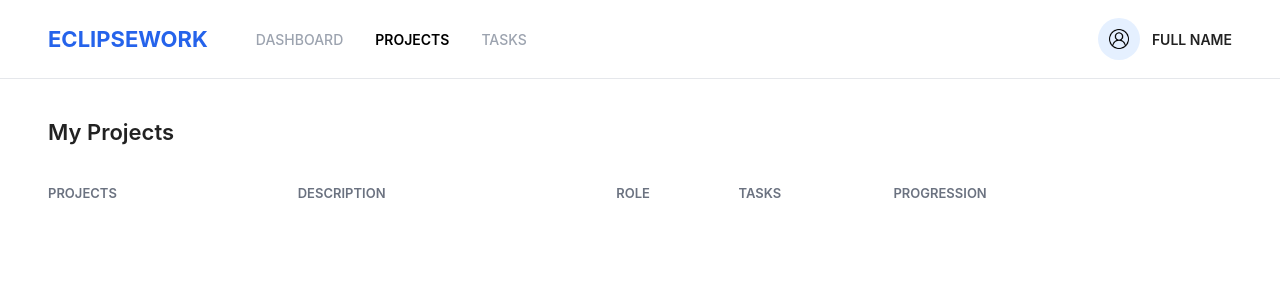
Repository: lynaannou/work-management-app
Page: src/main/resources/ressources/view/projects.html
These files come from the project's save history. The page is drawn as it stood at one moment and after the next save; the edit follows.
The browser window is 1280 px wide. The pictures show the whole page.

Above is the page before, as saved 2025-12-24 21:01:35.

After the next save:
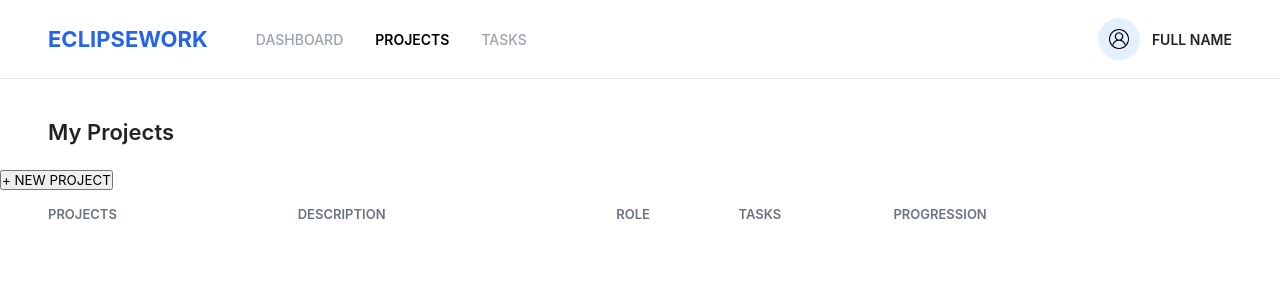
Saved 72 min 21 s later.
--- a/src/main/resources/ressources/view/projects.html
+++ b/src/main/resources/ressources/view/projects.html
@@ -33,6 +33,9 @@
      PAGE TITLE
 ========================= -->
 <h2>My Projects</h2>
+<button class="btn-primary" onclick="openNewProject()">
+    + NEW PROJECT
+  </button>
 
 <!-- =========================
      PROJECTS TABLE
